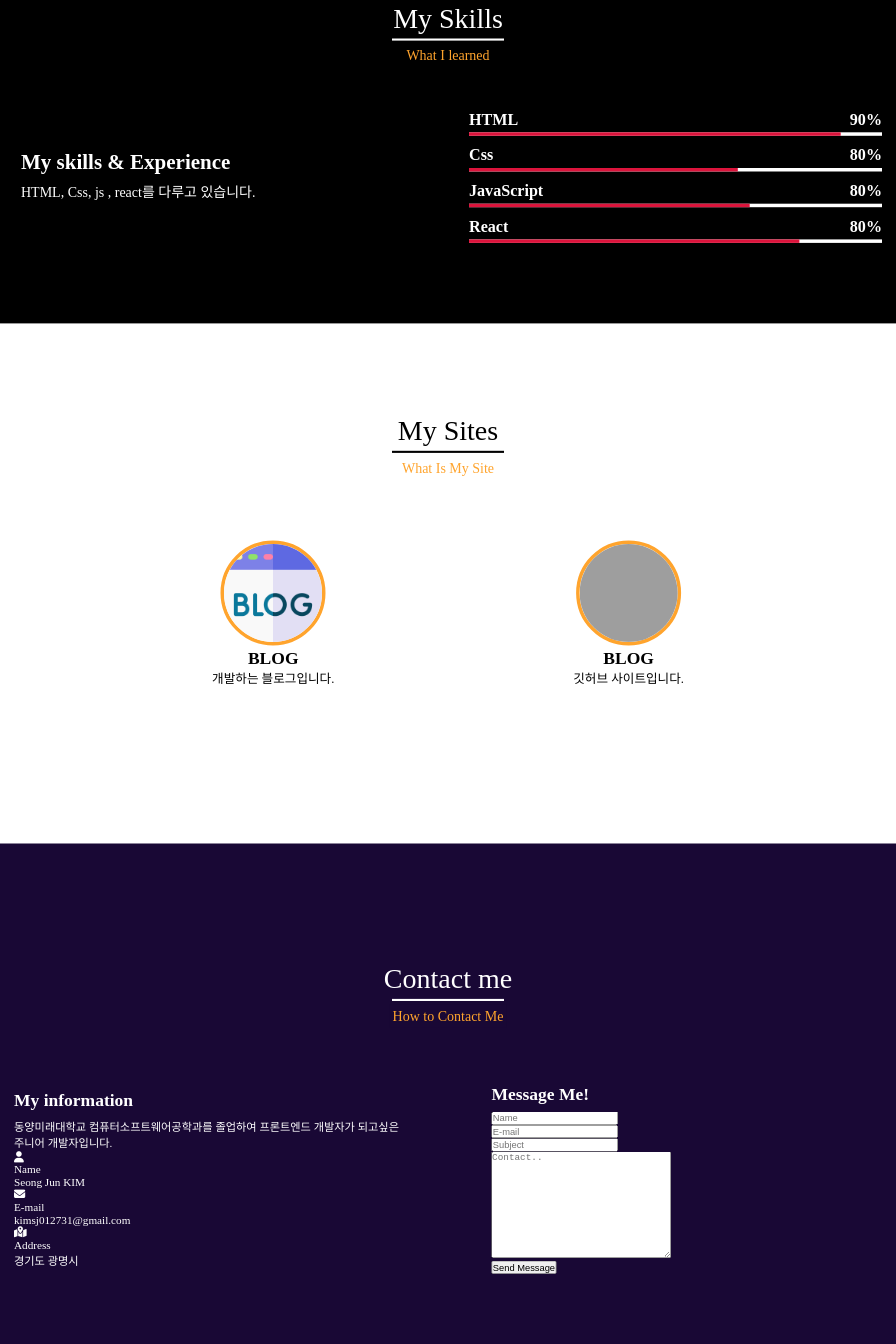
Repository: jun01270/jun
Page: index.html
The author's editor kept a copy of each file at every save. The page is drawn from the files as they stood at one save, then again after the next save.
The browser window is 1280 px wide. The pictures show the part of the page from y = 1840 to 3760 px (the page is 3760 px tall), at 70% of full size.
Pictures or frames that could not be fetched are drawn as grey boxes. Some web libraries are served in a nearby version.

Above is the page before, as saved 2023-05-11 16:21:18.

After the next save:
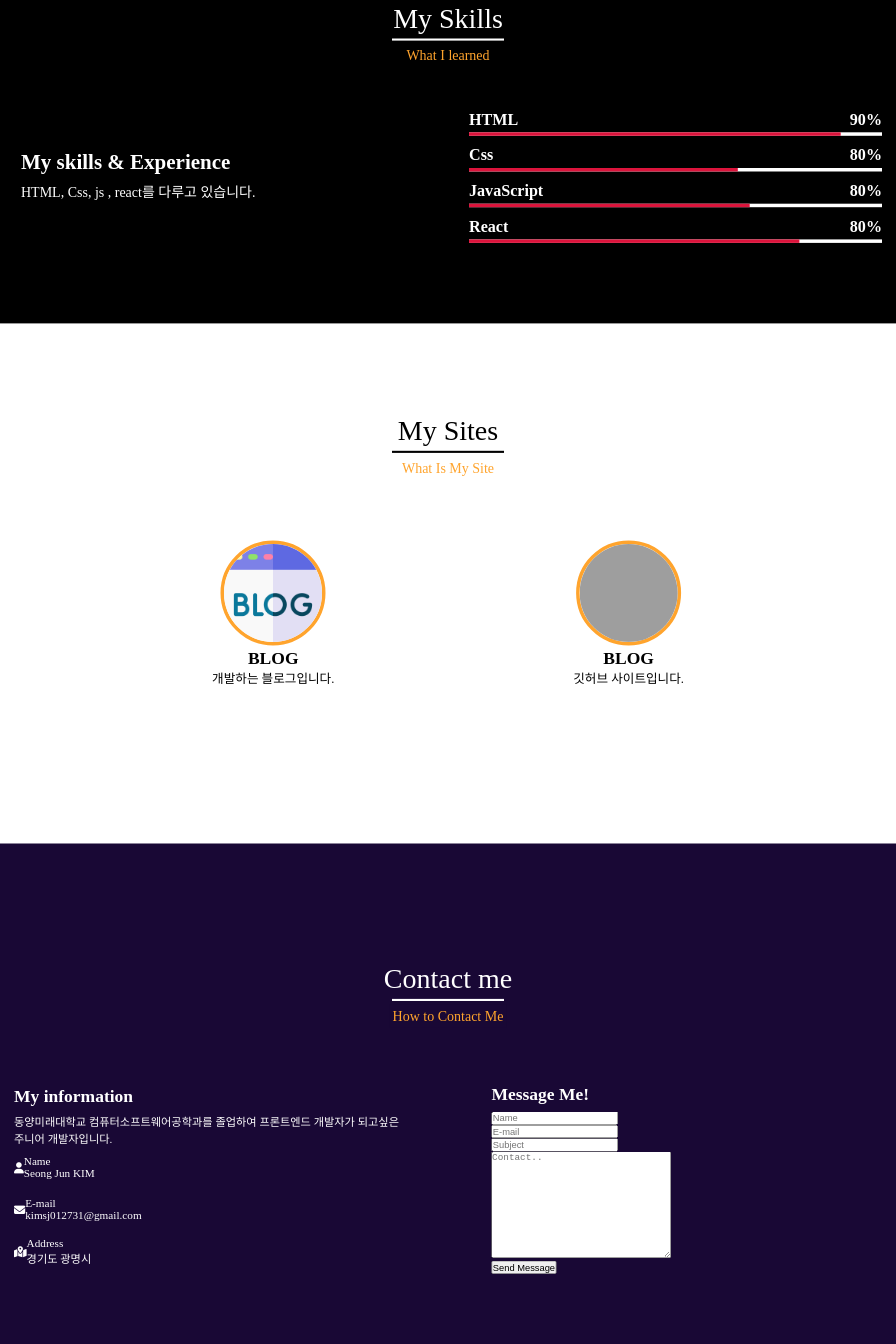
Saved 75 s later.
--- a/css/contact.css
+++ b/css/contact.css
@@ -35,3 +35,13 @@
   font-size: 15px;
   text-align: justify;
 }
+
+.contact .contact-content .left .icons {
+  margin: 15px 0;
+}
+
+.contact .contact-content .icons-content {
+  display: flex;
+  align-items: center;
+  height: 60px;
+}
